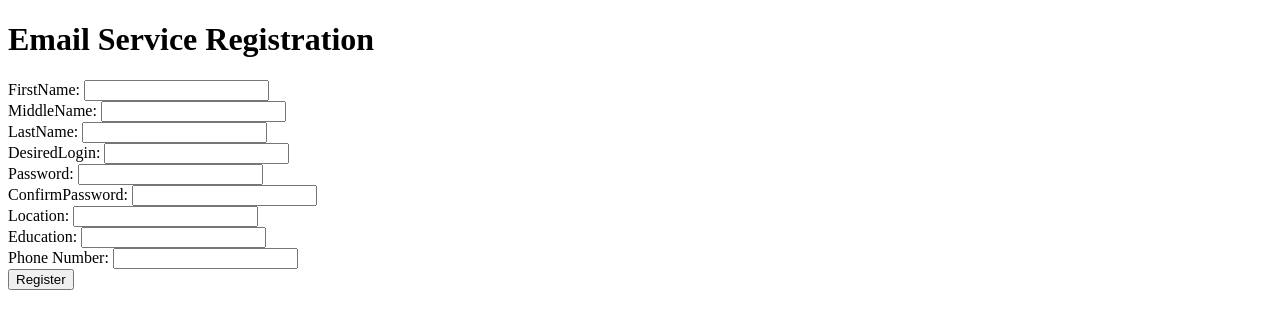
Repository: KnOX-07/eclipse-workspace
Page: ValidationForm/src/main/webapp/registration.html
The author's editor kept a copy of each file at every save. The page is drawn from the files as they stood at one save, then again after the next save.
The browser window is 1280 px wide. The pictures show the whole page.

Above is the page before, as saved 2024-08-08 12:36:32.

### ValidationForm/src/main/webapp/registration.html
<!DOCTYPE html>
<html>
<head>
<meta charset="ISO-8859-1">
<title>Email Service Registration</title>
</head>
<body>
	<h1>Email Service Registration</h1>
    <form action="RegisterServlet" method="post">
        <label for="firstName">FirstName:</label>
        <input type="text" id="firstName" name="firstName"><br>

        <label for="middleName">MiddleName:</label>
        <input type="text" id="middleName" name="middleName"><br>

        <label for="lastName">LastName:</label>
        <input type="text" id="lastName" name="lastName"><br>

        <label for="login">DesiredLogin:</label>
        <input type="text" id="login" name="login"><br>

        <label for="password">Password:</label>
        <input type="password" id="password" name="password"><br>

        <label for="confirmPassword">ConfirmPassword:</label>
        <input type="password" id="confirmPassword" name="confirmPassword"><br>

        <label for="location">Location:</label>
        <input type="text" id="location" name="location"><br>

        <label for="education">Education:</label>
        <input type="text" id="education" name="education"><br>

        <label for="phoneNumber">Phone Number:</label>
        <input type="text" id="phoneNumber" name="phoneNumber"><br>

        <input type="submit" value="Register">
    </form>
</body>
</html>

After the next save:
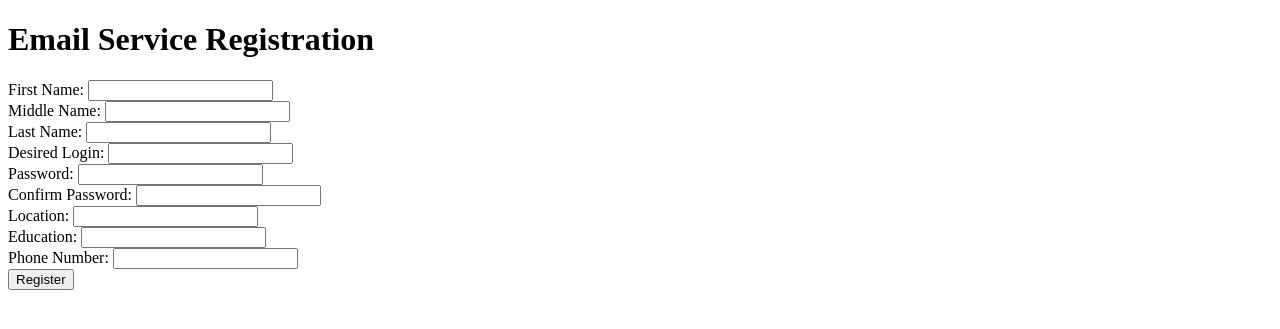
Saved 29 s later.
--- a/ValidationForm/src/main/webapp/registration.html
+++ b/ValidationForm/src/main/webapp/registration.html
@@ -7,22 +7,22 @@
 <body>
 	<h1>Email Service Registration</h1>
     <form action="RegisterServlet" method="post">
-        <label for="firstName">FirstName:</label>
+        <label for="firstName">First Name:</label>
         <input type="text" id="firstName" name="firstName"><br>
 
-        <label for="middleName">MiddleName:</label>
+        <label for="middleName">Middle Name:</label>
         <input type="text" id="middleName" name="middleName"><br>
 
-        <label for="lastName">LastName:</label>
+        <label for="lastName">Last Name:</label>
         <input type="text" id="lastName" name="lastName"><br>
 
-        <label for="login">DesiredLogin:</label>
+        <label for="login">Desired Login:</label>
         <input type="text" id="login" name="login"><br>
 
         <label for="password">Password:</label>
         <input type="password" id="password" name="password"><br>
 
-        <label for="confirmPassword">ConfirmPassword:</label>
+        <label for="confirmPassword">Confirm Password:</label>
         <input type="password" id="confirmPassword" name="confirmPassword"><br>
 
         <label for="location">Location:</label>
